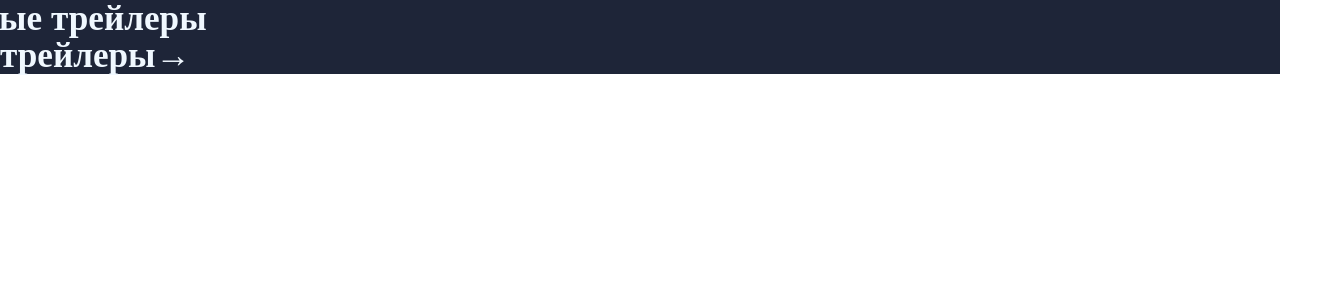
Repository: KHANas02/code
Page: index.html
An editor plug-in stored every save of this project. The page is shown before and after the next save, followed by the edit.
The browser window is 1280 px wide. The page is 1344 px wide, then 1280 px, so the pictures cover 1344 px, including what lies to the right of the window. The pictures show the whole page.

Above is the page before, as saved 2024-03-14 13:37:23.

### index.html
<!DOCTYPE html>
<html lang="en">
<head>
    <meta charset="UTF-8">
    <meta name="viewport" content="width=device-width, initial-scale=1.0">
    <title>Document</title>
    <link rel="stylesheet" href="./style.css">
</head>
<body>
        <div class="divONE">
      <b><h1 class="text1">Новые трейлеры</h1></b>
      <b><h1 class="text2">Все трейлеры→</h1></b>
      <div class="divI">










</body>
</html>

### style.css
* {
  padding: 0;
  margin: 0;
  box-sizing: border-box;
}
h1{
    transform: scale(1.1);
}
.divONE {
  width: 100%;
  height: ;
  background-color: #1e2538;
}
h1 {
  color: aliceblue;
}

After the next save:
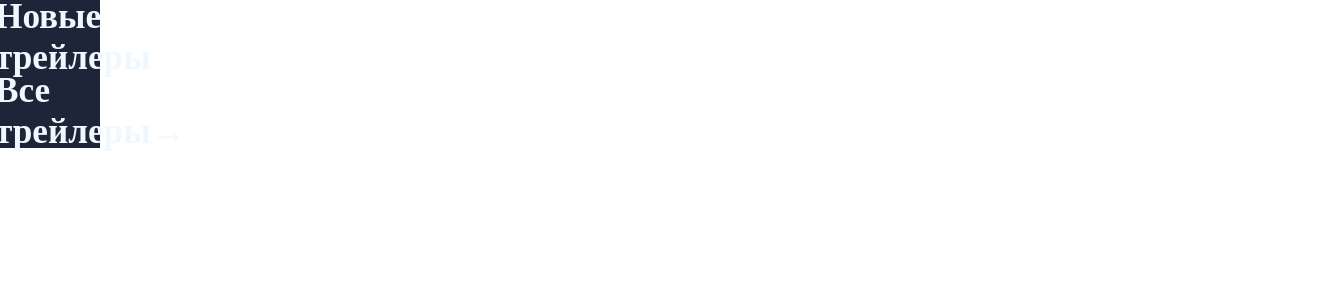
Saved 11 s later.
--- a/style.css
+++ b/style.css
@@ -3,11 +3,11 @@
   margin: 0;
   box-sizing: border-box;
 }
-h1{
-    transform: scale(1.1);
+h1 {
+  transform: scale(1.1);
 }
 .divONE {
-  width: 100%;
+  width: 100px;
   height: ;
   background-color: #1e2538;
 }
